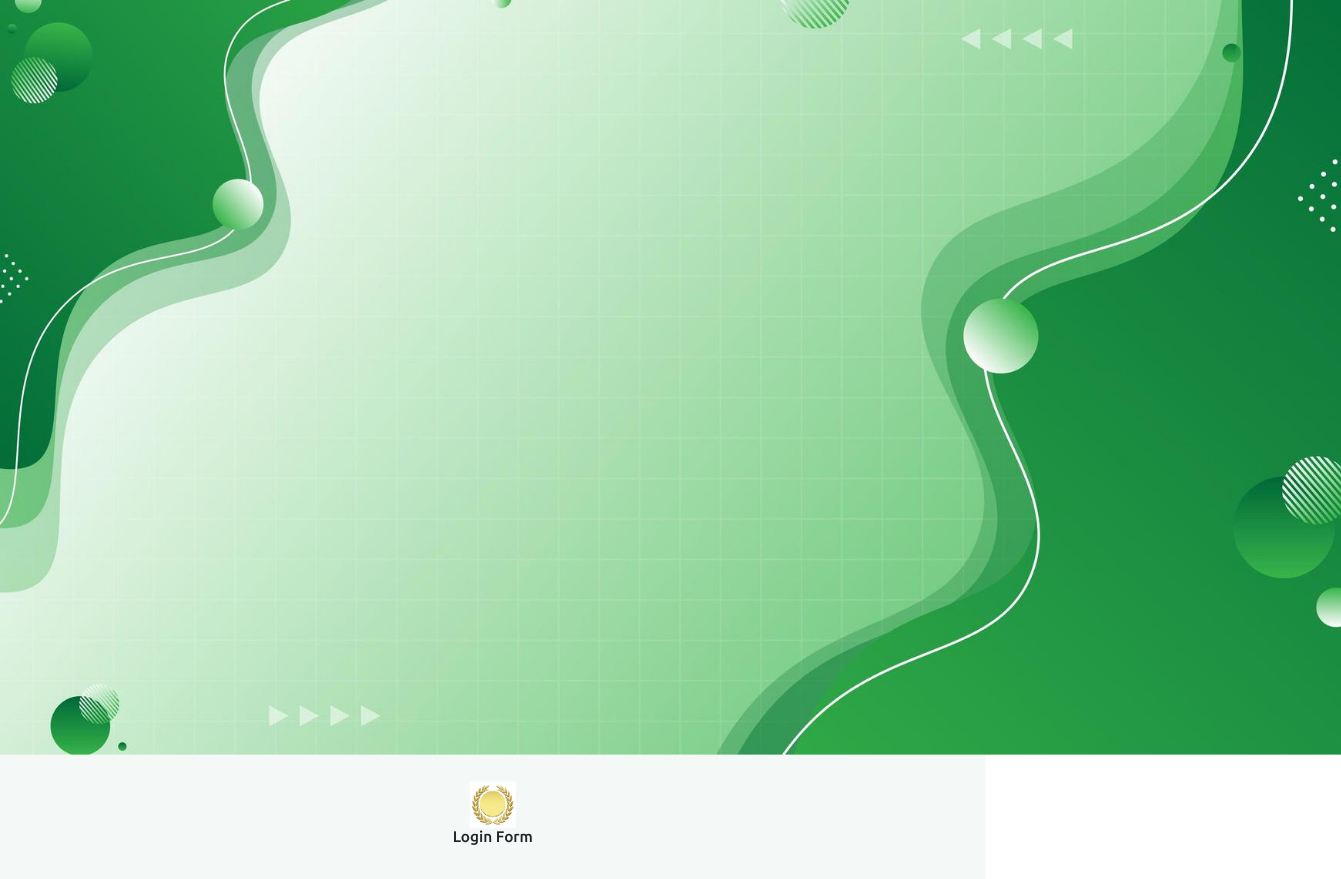
Repository: gautamsonam011/admin-react-dashboard
Page: /login
The author's editor kept a copy of each file at every save. The page is drawn from the files as they stood at one save, then again after the next save.
The browser window is 1280 px wide. The page is 1742 px wide, then 1280 px, so the pictures cover 1742 px, including what lies to the right of the window. The pictures show the whole page, at 77% of full size.
The project was rebuilt for these pictures with package versions that can differ from the ones it lists, and the page was loaded fresh each time. Also part of the build but not shown: src/components/DashboardBox.jsx, src/pages/Dashboard/Dashboard.jsx.

Above is the page before, as saved 2025-04-18 23:11:02.

### src/App.css
@import url('https://fonts.googleapis.com/css2?family=Ubuntu:ital,wght@0,300;0,400;0,500;0,700;1,300;1,400;1,500;1,700&display=swap');

body{
  font-family: "Ubuntu", sans-serif !important;
  background-color: #f4f8f7;

}

header{
  width:100%;
  height: 70px;
  background-color:#62bebe;
  position: fixed;
  top:0px;
  left:0px;
  z-index: 1000;
}
header .logo{
  text-decoration: none;
}
header .logo img{
  margin-top: 10px;
  width:45px;

}

header .logo span{
color: coral;
font-weight: bolder;
font-size: 24px;
}
header button.rounded-circle{min-width:40px !important; width:40px !important; height: 40px !important; background-color:#0ff7d8 !important; margin: 15px;}
header button.rounded-circle svg{color:rgb(29, 27, 27); font-size: 25px !important; transition: all 0.2s ease-in-out;}
header button.rounded-circle:hover svg{color: #2585d4 !important;}
.searchBox{width:400px; height: 40px; background-color:#faf9f9; border-radius: 6px;padding: 3px 15px;}
.searchBox input{background: transparent;border:0px; outline:none; padding-left: 5px; font-size: 15px; color:#292929}
.searchBox input::-webkit-input-placeholder{color:#292929}
.searchBox svg{font-size: 18px; color:#292929 ;}

.userImg{display: flex; align-items:center; justify-content: center; overflow: hidden; width:40px; height: 40px; border:1px solid #0ff7d8; padding: 2px; border-radius: 100%;}
.userImg .rounded-circle{display: flex; align-items:center; justify-content: center; overflow: hidden; width: 40px; height: 40px; cursor: pointer; position: relative;}
.userImg .rounded-circle .img{object-fit: cover; width: 100%;}
.userInfo{padding-left: 10px;}
.userInfo h5{font-size: 15px; font-weight: 600; margin-bottom:0px; color: #266666;}

#account-menu li{font-size: 14px !important;}
#account-menu li svg{font-size: 20px !important}

.dropdown-info{padding-left: 6px;}
.dropdown-info h4{font-size: 15px; font-weight:600;margin-top: 2px; white-space: break-space; line-height: 21px;}
.dropdown-info p{font-size: 10px; color: #2585d4;}


/* Style for sidebar  */

.main .sidebarWrapper{width: 20%; flex: 0 0 20%; transition: all 0.3s ease-in-out;}
.main .sidebarWrapper.toggle{width: 0%; flex: 0 0 0%;}
.btn-signin{padding: 7px 20px !important; background:#266666 !important; color: #f4f8f7 !important; font-weight: bold !important; border-radius:20px !important;}
.main .sidebarWrapper .sidebar{width:20%; height: 100vh; max-height: calc(100%-70px); position:fixed; top: 70px; left:0px; background:#b1e4dd; overflow-y: scroll; overflow-x: hidden; padding-bottom: 40px; transition: all 0.3s ease-in-out;}
.main .sidebarWrapper.toggle .sidebar{left:-100%;}

.main .sidebarWrapper .sidebar::-webkit-scrollbar-thumb{background: transparent !important; width:3px;}
.main .sidebarWrapper:hover .sidebar::-webkit-scrollbar{ background:#2585d4; width:3px;}
.main .sidebarWrapper .sidebar ul{margin-bottom:0px;}
.main .sidebarWrapper .sidebar ul li{list-style: none; margin-top:10px;}
.main .sidebarWrapper .sidebar ul li button{color:#266666; text-align: left; justify-content: left; border-radius:0px !important; padding: 12px 15px !important;
  align-items: center; text-transform: capitalize !important;font-family: "Ubuntu", sans-serif !important;
  margin-left: 0px; font-size: 15px !important;
}
.main .sidebarWrapper .sidebar ul li button .icon{display: flex; align-items:center; justify-content: center; width:25px; height:25px; margin-right: 10px;}
.main .sidebarWrapper .sidebar ul li button .icon svg{color:#292929; opacity: 0.8; font-size: 22px;}
.main .sidebarWrapper .sidebar ul li button .arrow{margin-left: auto; display: flex; align-items: center; justify-content: center; width: 25px; transition: all 0.3s ease-in-out}
.main .sidebarWrapper .sidebar ul li button:hover{background:#62bebe !important;}
.main .sidebarWrapper .sidebar ul li button.active{background: #62bebe !important;}
.main .sidebarWrapper .sidebar ul li button.active .arrow{transform: rotate(90deg);}

.main .sidebarWrapper .sidebar ul .submenu{padding: 0px 45px; position:relative; height:auto;}
.main .sidebarWrapper .sidebar ul .submenu::before{content:''; width:1px; height: 95%; position: absolute; top:0px; left:25px; background:rgba(0, 0, 0, 0.1);}
.main .sidebarWrapper .sidebar ul .submenu li{width:100%; list-style: none;}
.main .sidebarWrapper .sidebar ul .submenu li a{color:#266666 !important; text-decoration: none; font-family: "Ubuntu", sans-serif !important;
display: block; padding: 6px 0px; font-size: 14px !important; font-weight: 500; transition:all 0.3s}
.main .sidebarWrapper .sidebar ul .submenu li a:hover{color:#2585d4 !important;}

.main .sidebarWrapper .sidebar ul .submenuWrapper{transition:all 0.3s ease-in-out; height: 0px; overflow: hidden; }
.main .sidebarWrapper .sidebar ul .submenuWrapper.colapsed .submenu{opacity:0;}

.main .sidebarWrapper .sidebar ul .submenuWrapper.colapse{height:auto; overflow: inherit;}
.main .sidebarWrapper .sidebar ul .submenuWrapper.colapse .submenu{opacity:1; height:auto;}

.logoutWrapper{padding: 0px 25px;}
.logoutWrapper .logoutBox{width:100%; height:100px; padding: 25px; background:#bcd2fd; border-radius:10px; margin-bottom:20px; display:flex; align-items: center; justify-content: center;
position:relative; overflow:hidden;}
.logoutWrapper .logoutBox::before{content:''; width:50px; height:50px; background:#266666; border-radius: 100%; position:absolute; top: -20px; right: 30px; opacity:0.5}
.logoutWrapper .logoutBox::after{content:''; width:30px; height:30px; background:#266666; border-radius: 100%; position:absolute; top: -30px; left: 30px; opacity:0.5}
.logoutWrapper .logoutBox button{font-size:14px !important; font-weight: 600 !important; }
.logoutWrapper .logoutBox button svg{margin-right: 15px; font-size:18px;}

.main .content{width:80%; flex: 0 0 80%; transition: all 0.3s ease-in-out;}
.main .content.toggle{width:100%; flex: 0 0 100%;}

.dashboardBoxWrapperRow{margin-left: 20%;}
.right-content{padding: 90px 30px;}
.dashboardBoxWrapper{gap: 15px; width:100%; flex-wrap: wrap;}
.dashboardBoxWrapper .dashboardBox{width:48%; height: 170px; border-radius:10px; overflow: hidden; padding:20px; display: flex; flex-direction: column; justify-content: space-around; text-align: left !important; justify-content: flex-start;}
.dashboardBoxWrapperRow .box{width:100%; height: 100%; background:#0ff7d8;}

.dashboardBoxWrapper .dashboardBox .col1 h4{font-size: 20px; font-weight: 600;}
.dashboardBoxWrapper .dashboardBox .col1 span{font-size: 40px; font-weight: bold;}
.dashboardBoxWrapper .dashboardBox .icon { margin-left: 180px; display: flex; align-items:center; justify-content: center; width:45px; height: 45px; border-radius:5px; background-image: linear-gradient(to bottom right, rgba(0, 0, 0, 0), rgba(0, 0, 0, 0.2));}
.dashboardBoxWrapper .dashboardBox .icon svg{font-size: 45px; opacity: 0.1; color:#f4f8f7}

.dashboardBoxWrapper .dashboardBox button.toggleIcon {font-size: 22px; color:rgba(0,0,0,0.5); cursor: pointer; min-width: 40px !important; width: 40px !important; height: 40px !important; border-radius: 50% !important; margin-left: 170px; border-right: none; opacity: 0.3;}

.dashboardBoxWrapperRow .dashboardBoxWrapper .dashboardBox .chart{position:absolute; opacity: 0.1;}
.dashboardBoxWrapperRow .dashboardBoxWrapper .dashboardBox .chart svg{font-size: 150px; color: #000;}

/*  style for Login page */

.loginSection{
  width: 100%; height: 100hv; padding: 35px 25px;
}

.full{max-width: 100% !important; flex: 0 0 100% !important; width: 100% !important;background: #f4f8f7; }

### src/components/Sidebar/index.jsx
import Button from '@mui/material/Button';
import { RiDashboardLine } from "react-icons/ri";
import { IoIosArrowForward } from "react-icons/io";
import { TbBrandProducthunt } from "react-icons/tb";
import { TiShoppingCart } from "react-icons/ti";
import { MdOutlineMessage } from "react-icons/md";
import { IoNotifications } from "react-icons/io5";
import { MdOutlineSettings } from "react-icons/md";
import { Link } from 'react-router-dom';
import React, { useState} from "react";
import { RiLogoutCircleRLine } from "react-icons/ri";
// import { MyContext } from '../../App';

const Sidebar = () =>{
    const [activeTab, setActiveTab] = useState(0);
    const [isToggleSubmenu, setIsToggleSubmenu] = useState(false);

    // const context = useContext(MyContext);

    const isOpenSubmenu = (index) =>{
        setActiveTab(index);
        setIsToggleSubmenu(!isToggleSubmenu);


    }

    return(
        <div className="sidebar">
            <ul>
                <li>
                    <Link to="/">
                    <Button className={`w-100 ${activeTab === 0 ? 'active' : ''}`} onClick={()=>isOpenSubmenu(0)}>
                        <span className='icon'><RiDashboardLine/></span>
                        Dashboard
                        <span className="arrow"><IoIosArrowForward/></span>
                    </Button>
                    </Link>
                </li>
                <li>
                    <Button className={`w-100 ${activeTab === 1 && isToggleSubmenu===true ?  'active' : ''}`} onClick={()=>isOpenSubmenu(1)}>
                        <span className='icon'><TbBrandProducthunt/></span>
                        Products
                        <span className="arrow"><IoIosArrowForward/></span>
                    </Button>
                    <div className={`submenuWrapper ${activeTab===1 && isToggleSubmenu===true ? 'colapse':'colapsed'}`}>
                    <ul className='submenu'>
                        <li><Link to="#">Product Add</Link></li>
                        <li><Link to="#">Product List</Link></li>
                        <li><Link to="#">Product View</Link></li>
                    </ul>
                    </div>
                </li>
                <li>
                    <Link to="/">
                    <Button className={`w-100 ${activeTab === 2 ? 'active' : ''}`} onClick={()=>isOpenSubmenu(2)}>
                        <span className='icon'><TiShoppingCart/></span>
                        Orders
                        <span className="arrow"><IoIosArrowForward/></span>
                    </Button>
                    </Link>
                </li>
                <li>
                    <Link to="/">
                    <Button className={`w-100 ${activeTab === 3 ? 'active' : ''}`} onClick={()=>isOpenSubmenu(3)}>
                        <span className='icon'><MdOutlineMessage/></span>
                        Messages
                        <span className="arrow"><IoIosArrowForward/></span>
                    </Button>
                    </Link>
                </li>
                <li>
                    <Link to="/">
                    <Button className={`w-100 ${activeTab === 4 ? 'active' : ''}`} onClick={()=>isOpenSubmenu(4)}>
                        <span className='icon'><IoNotifications/></span>
                        Notifications
                        <span className="arrow"><IoIosArrowForward/></span>
                    </Button>
                    </Link>
                </li>
                <li>
                    <Link to="/">
                    <Button className={`w-100 ${activeTab === 5 ? 'active' : ''}`} onClick={()=>isOpenSubmenu(5)}>
                        <span className='icon'><MdOutlineSettings /></span>
                        Settings
                        <span className="arrow"><IoIosArrowForward/></span>
                    </Button>
                    </Link>
                </li>
            </ul>
            <br/>
            <div className="logoutWrapper">
                <div className="logoutBox">
            <Button variant="outlined"> <RiLogoutCircleRLine/>Logout</Button>
            </div>
            </div>
        </div>
    )
}

export default Sidebar

### src/pages/Login/index.jsx
import logo from '../../assests/images/logo.jpg';
import bgImage from '../../assests/bg.jpg';

import { MyContext } from '../../App';
import { useContext, useEffect } from 'react';

const Login = () => {
    const context = useContext(MyContext);

    useEffect(() => {
        context.setisHideSidebarHeader(true);
    }, []);

    return (
        <>
            <img src={ bgImage} className='loginbgimage' alt="bgimage" />
            <section className="loginSection">
                <div className="loginBox">
                    <div className="loginLogo text-center">
                        <img src={logo} alt="Logo" width="60px" />
                        <h5 className='font-weight-bold'>Login Form</h5>
                    </div>
                </div>
            </section>
        </>
    )
}
export default Login;

### src/components/SearchBox.jsx
import { FaSearch } from "react-icons/fa";

const SearchBox = () =>{
    return (
        <div className="searchBox position-relative d-flex align-items-center">
            <FaSearch className="mr-2" />
            <input type="text" placeholder="Search here"  />
        </div>
    )
}

export default SearchBox;

Loaded but not shown: public/index.html (common file); src/index.js (common file); src/reportWebVitals.js (common file); src/App.js (59 lines, source omitted); src/components/Header/index.jsx (239 lines, source omitted)

After the next save:
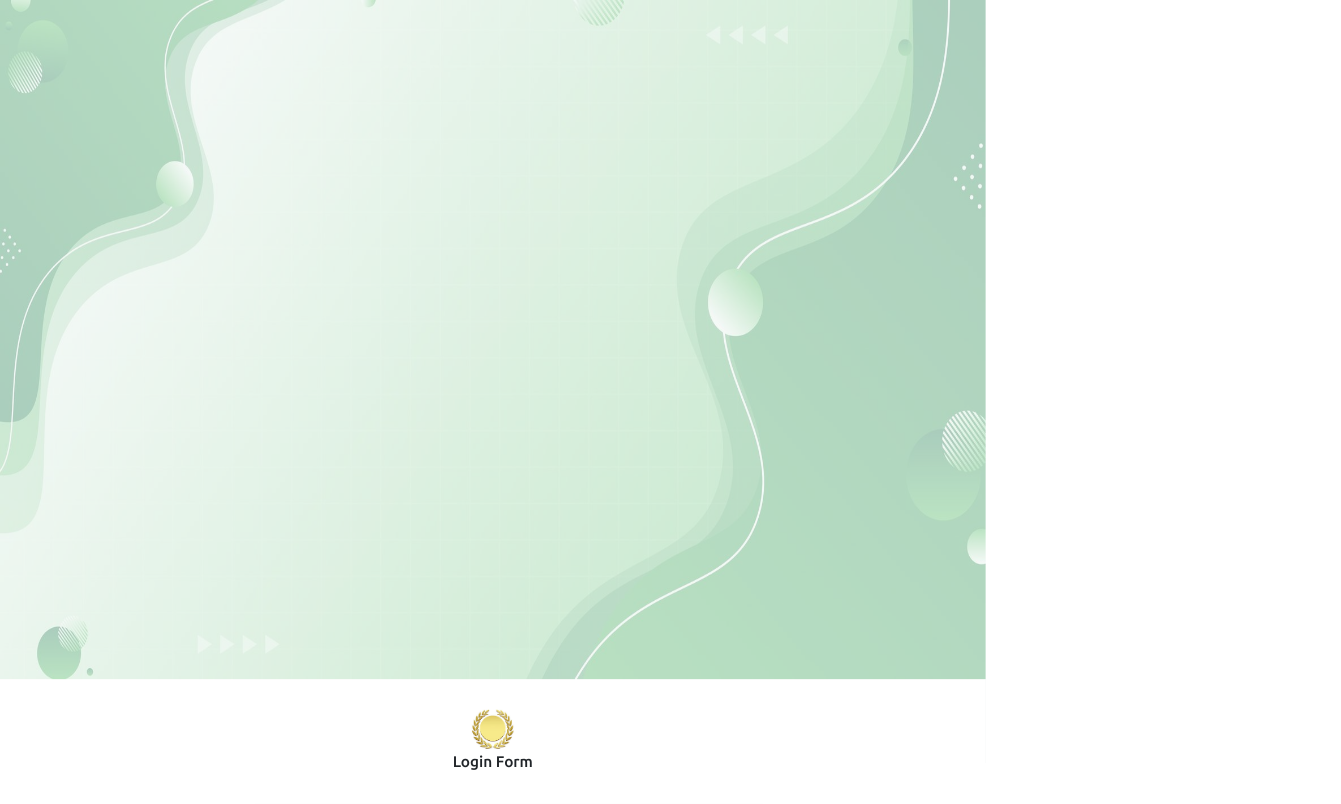
Saved 76 s later.
--- a/src/App.css
+++ b/src/App.css
@@ -119,5 +119,6 @@ position:relative; overflow:hidden;}
 .loginSection{
   width: 100%; height: 100hv; padding: 35px 25px;
 }
+.loginbgimage{width:100%; height: 100%; opacity: 0.3;}
 
 .full{max-width: 100% !important; flex: 0 0 100% !important; width: 100% !important;background: #f4f8f7; }
